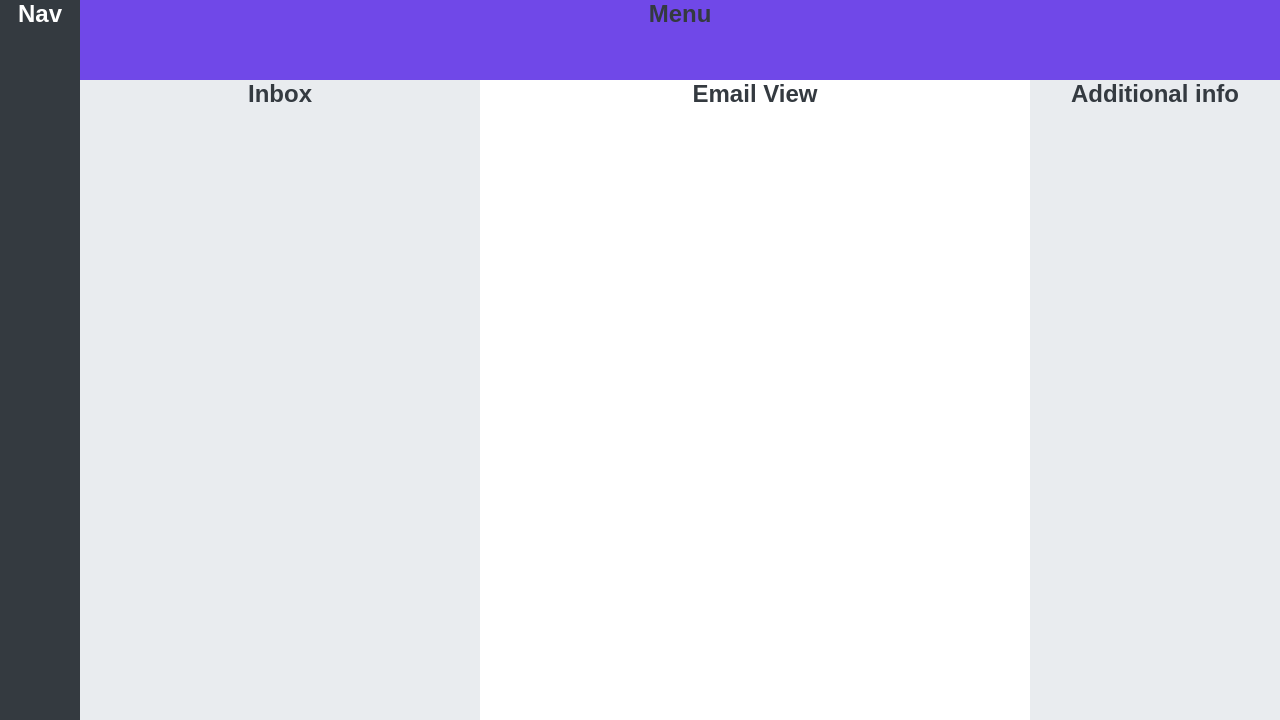
Repository: sunny070/CSS
Page: HTML and CSS some of the important components/06_app-layout.html
An editor plug-in stored every save of this project. The page is shown before and after a run of saves, followed by the edit.
The browser window is 1280 px wide. The pictures show the whole page.

Above is the page before, as saved 2023-11-17 13:55:47.

### HTML and CSS some of the important components/06_app-layout.html
<!DOCTYPE html>
<html lang="en">
<head>
    <meta charset="UTF-8">
    <meta name="viewport" content="width=device-width, initial-scale=1.0">
    <title>App Layout</title>
    <style>
        *{
            margin: 0;
            padding: 0;
            box-sizing: border-box;
        }
        body{
            font-family: sans-serif;
            color:#343a40;
            font-size: 24px;
            height: 100vh;
            text-align: center;
            font-weight:bold;
            display: grid;
            grid-template-columns: 80px 400px 1fr 250px;
            grid-template-rows: 80px 1fr;
        }
        nav,menu,section,main,aside{

        }
        nav{
            background-color:#343a40 ;
            color:#fff;
            grid-row: 1/-1;
        }
        menu{
            background-color:#7048e8;
            grid-column: 2/-1;
        }
        section{
            background-color:#e9ecef;
        }
        aside{
            background-color:#e9ecef;
        }
    </style>
</head>
<body>
    <nav>Nav</nav>
    <menu>Menu</menu>
    <section>Inbox</section>
    <main>Email View</main>
    <aside>Additional info</aside>
</body>
</html>

After the next 2 saves:
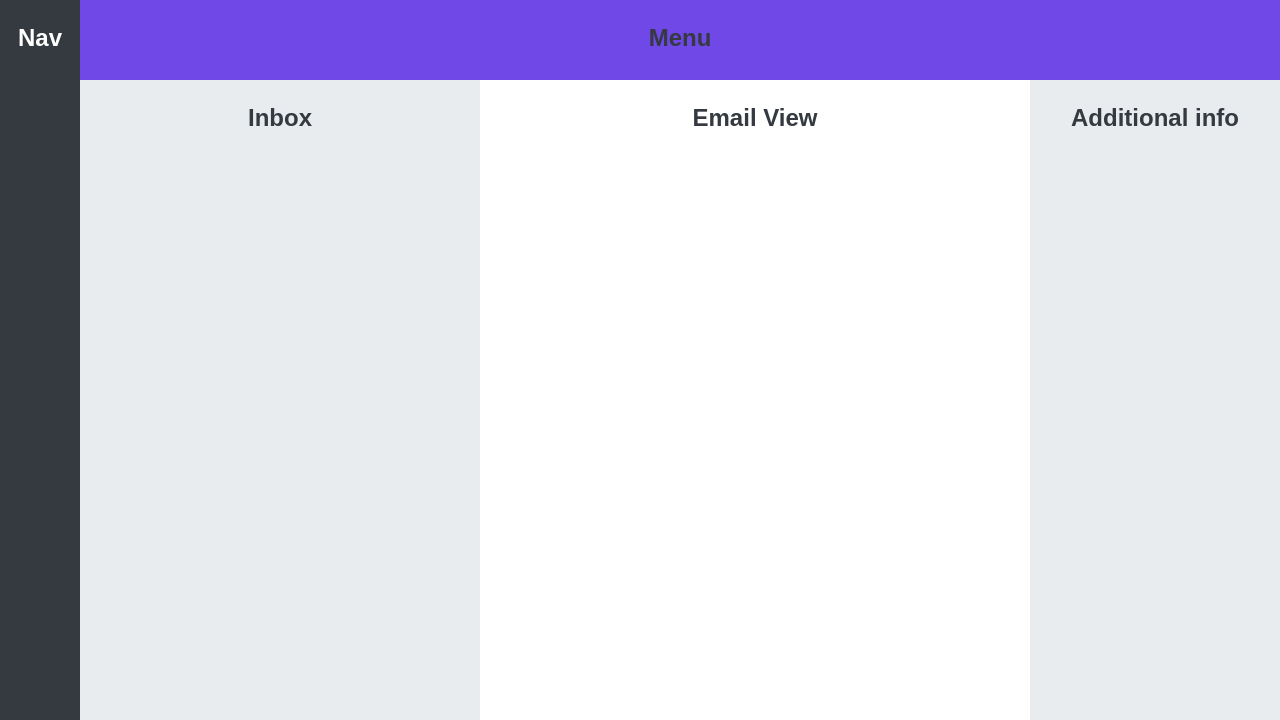
The 2 saves are shown as one change because they came seconds apart.
The last was saved 26 s later.
--- a/HTML and CSS some of the important components/06_app-layout.html
+++ b/HTML and CSS some of the important components/06_app-layout.html
@@ -22,7 +22,7 @@
             grid-template-rows: 80px 1fr;
         }
         nav,menu,section,main,aside{
-
+            padding-top:24px
         }
         nav{
             background-color:#343a40 ;
